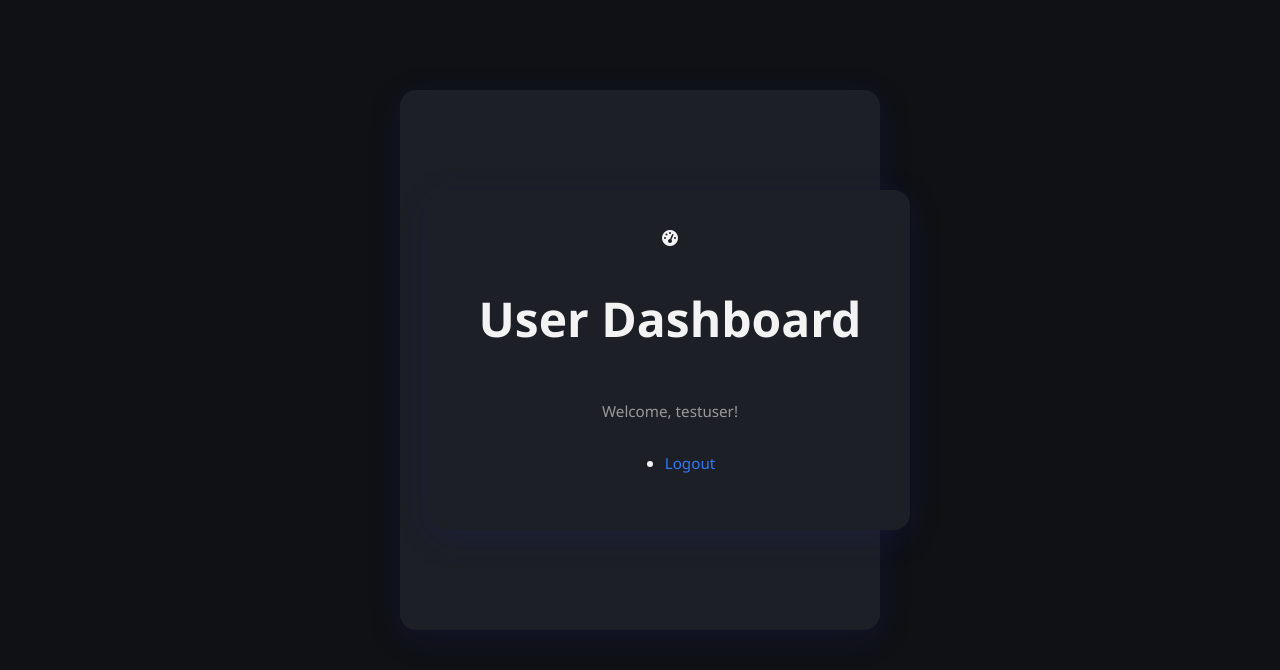
Repository: lowluds/auth-flask
Page: http://localhost/dashboard
These files come from the project's save history. The page is drawn as it stood at one moment and after the next save; the edit follows.
The browser window is 1280 px wide. The pictures show the whole page.
The page is served by the project's application, run on Flask 3 (login.py). The session is filled in as if someone had signed in: {"username": "testuser", "group": 1, "show_forgot": true}.

Above is the page before, as saved 2025-07-10 23:32:40.

After the next save:
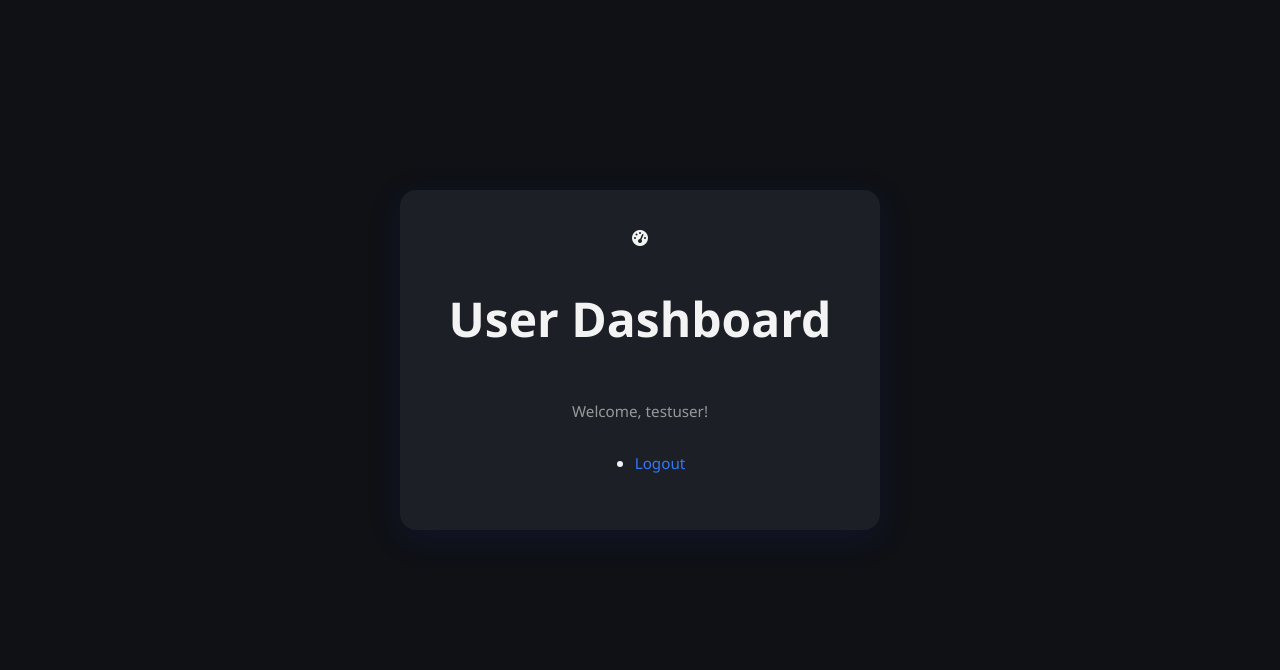
Saved 93 s later.
--- a/templates/dashboard.html
+++ b/templates/dashboard.html
@@ -11,7 +11,6 @@
 <body>
 
     <div class="dashboard-container">
-      <div class="dashboard-container">
       <i class="fas fa-tachometer-alt dashboard-icon"></i>
 
         <h2>User Dashboard</h2>
